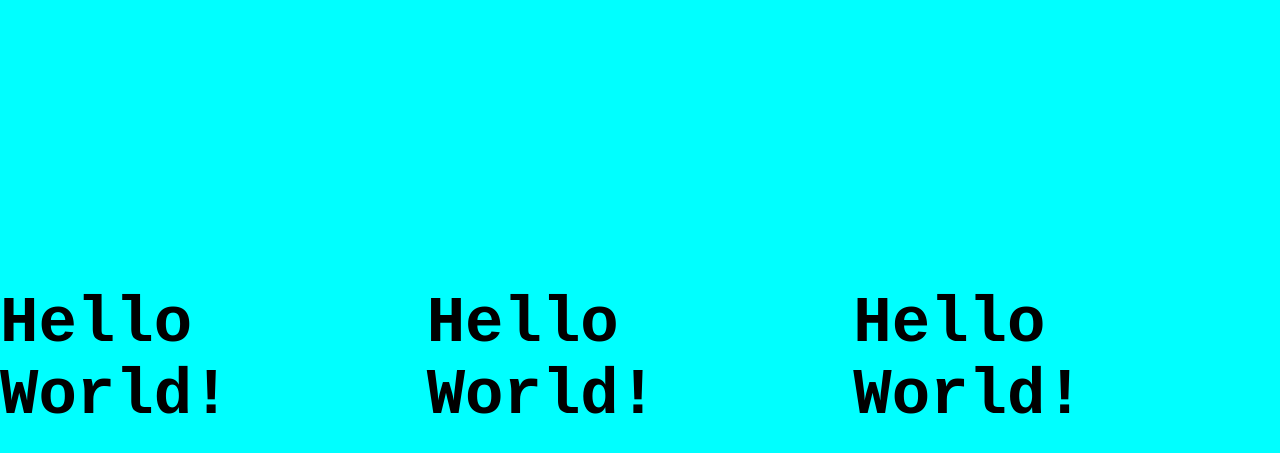
Repository: badhon252/revision
Page: day7 Sass/index.html
The author's editor kept a copy of each file at every save. The page is drawn from the files as they stood at one save, then again after the next save.
The browser window is 1280 px wide. The pictures show the whole page.
The style sheet was rebuilt from its Sass, Less or Tailwind sources for each picture, by a compiler version that may differ from the author's.

Above is the page before, as saved 2022-02-12 21:19:02.

### day7 Sass/index.html
<!DOCTYPE html>
<html lang="en">

<head>
    <meta charset="UTF-8">
    <meta http-equiv="X-UA-Compatible" content="IE=edge">
    <meta name="viewport" content="width=device-width, initial-scale=1.0">
    <link rel="stylesheet" href="style.css">
    <title>Document</title>
</head>

<body>
    <header>
        <div class="test">
            <h1>Hello World!</h1>
        </div>
        <div class="test">
            <h1>Hello World!</h1>
        </div>
        <div class="test">
            <h1>Hello World!</h1>
        </div>
    </header>
</body>

</html>

### day7 Sass/style.scss
* {
  margin: 0;
  padding: 0;
  box-sizing: border-box;
}
header {
  display: flex;
  width: 100vw;
  height: 100vh;
  background-color: cyan;
  justify-content: center;
  align-items: center;

  .test {
    font-family: "Courier New", Courier, monospace;
    font-size: 2rem;
    font-weight: 900;

    &:hover {
      color: blueviolet;
    }
  }
}

After the next save:
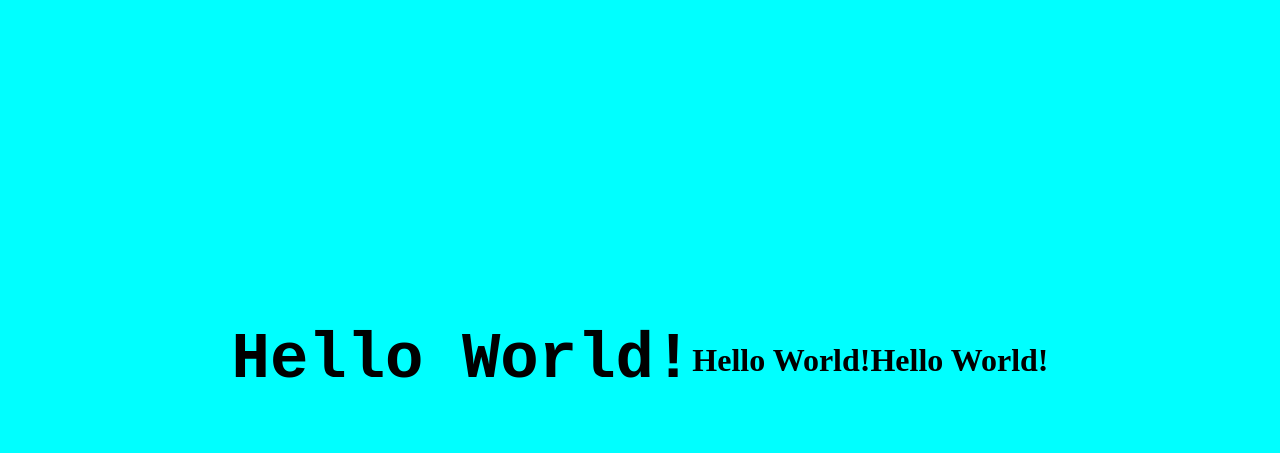
Saved 34 s later.
--- a/day7 Sass/index.html
+++ b/day7 Sass/index.html
@@ -14,10 +14,10 @@
         <div class="test">
             <h1>Hello World!</h1>
         </div>
-        <div class="test">
+        <div class="test1">
             <h1>Hello World!</h1>
         </div>
-        <div class="test">
+        <div class="test2">
             <h1>Hello World!</h1>
         </div>
     </header>
